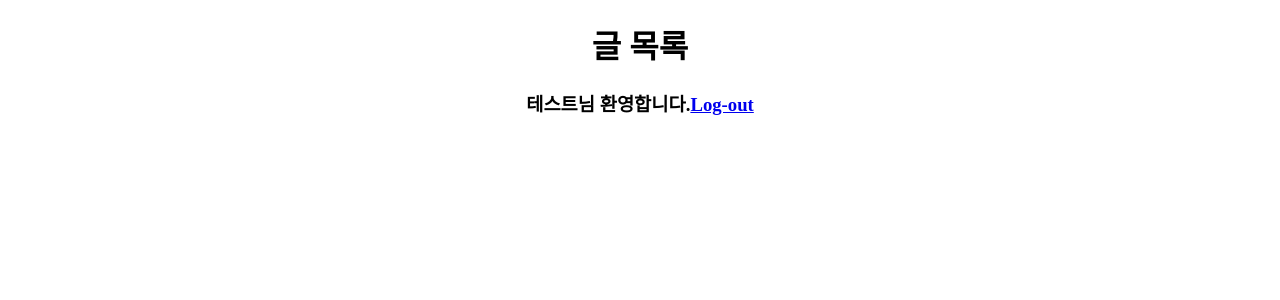
Repository: helena0207/SpringPro
Page: http://localhost/BoardWeb/geBoardList.jsp
The author's editor kept a copy of each file at every save. The page is drawn from the files as they stood at one save, then again after the next save.
The browser window is 1280 px wide. The pictures show the whole page.
The page is served by Tomcat 9. Other server files are loaded and not shown. Queries for data that is not in the repository find no rows.

Above is the page before, as saved 2020-12-02 02:08:19.

### BoardWeb/src/main/webapp/geBoardList.jsp
<%@ page import="java.util.List" %>
<%@ page import="com.springbook.biz.board.impl.BoardDAO" %>
<%@ page import="com.springbook.biz.board.BoardVO" %>
<%@ page language="java" contentType="text/html; charset=EUC-KR"
    pageEncoding="EUC-KR"%>

<%
	//1. 사용자 입력 정보 추출(검색 기능은 나중에 구현)
	//2. DB연동 처리
	BoardVO vo=new BoardVO();
	BoardDAO boardDAO=new BoardDAO();
	List<BoardVO> boardList=boardDAO.getBoardList(vo);

	//3. 응답화면 구성
%>
<!DOCTYPE html>
<html>
<head>
<meta http-equiv="Content-Type" content="text/html; charset=EUC-KR">
<title>글 목록</title>
</head>
<body>
<center>
<h1>글 목록</h1>
<h3>테스트님 환영합니다.<a href="logout_proc.jsp">Log-out</a></h3>
</center>

</body>
</html>

### BoardWeb/src/main/java/com/springbook/biz/board/BoardVO.java
package com.springbook.biz.board;

import java.sql.Date;

public class BoardVO {
	private int seq;
	private String title;
	private String writer;
	private String content;
	private Date regDate;
	private int cnt;

	public int getSeq() {
		return seq;
	}
	public void setSeq(int seq) {
		this.seq = seq;
	}
	public String getTitle() {
		return title;
	}
	public void setTitle(String title) {
		this.title = title;
	}
	public String getWriter() {
		return writer;
	}
	public void setWriter(String writer) {
		this.writer = writer;
	}
	public String getContent() {
		return content;
	}
	public void setContent(String content) {
		this.content = content;
	}
	public Date getRegDate() {
		return regDate;
	}
	public void setRegDate(Date regDate) {
		this.regDate = regDate;
	}
	public int getCnt() {
		return cnt;
	}
	public void setCnt(int cnt) {
		this.cnt = cnt;
	}
	@Override
	public String toString() {
		return "BoardVO [seq=" + seq + ", title=" + title + ", writer=" + writer + ", content=" + content + ", regDate="
				+ regDate + ", cnt=" + cnt + "]";
	}
}

### BoardWeb/src/main/java/com/springbook/biz/board/impl/BoardDAO.java
package com.springbook.biz.board.impl;

import java.sql.Connection;
import java.sql.PreparedStatement;
import java.sql.ResultSet;
import java.util.ArrayList;
import java.util.List;

import org.springframework.stereotype.Repository;

import com.springbook.biz.board.BoardVO;
import com.springbook.biz.common.JDBCUtil;

//DAO(data access Object)
@Repository("boardDAO") //클래스 객체 이름 첫글자를 소문자로 변경한다. 기본 생성자가 있어야 한다.
public class BoardDAO {
	//JDBC 관련 변수
	private Connection conn=null;
	private PreparedStatement stmt=null;
	private ResultSet rs=null;

	//SQL 명령어들
	private final String BOARD_INSERT="insert into board(seq, title, writer,content) values((select nvl(max(seq),0)+1 from board),?,?,?)";
	private final String BOARD_UPDATE="update board set title=?, content=? where seq=?";
	private final String BOARD_DELETE="delete board where seq=?";
	private final String BOARD_GET="select * from board where seq=?";
	private final String BOARD_LIST="select * from board order by seq desc limit 5";

	//CRUD기능의 메소드 구현
	//글 등록
	public void insertBoard(BoardVO vo) {
		System.out.println("==>JDBC로 insertBoard() 기능 처리");
		try {
			conn=JDBCUtil.getConnection();
			stmt=conn.prepareStatement(BOARD_INSERT);
			stmt.setString(1,  vo.getTitle());
			stmt.setString(2, vo.getWriter());
			stmt.setString(3, vo.getContent());
			stmt.executeUpdate();

		}catch(Exception e){
			e.printStackTrace();
		}finally {
			JDBCUtil.close(stmt, conn);
		}
	}
	//글 수정
	public void updateBoard(BoardVO vo) {
		System.out.println("==>JDBC로 updateBoard()기능 처리");
		try {
			conn=JDBCUtil.getConnection();
			stmt=conn.prepareStatement(BOARD_UPDATE);
			stmt.setString(1, vo.getTitle());
			stmt.setString(2, vo.getWriter());
			stmt.setString(3, vo.getContent());
			stmt.executeUpdate();
		}catch (Exception e) {
			e.printStackTrace();
		}finally {
			JDBCUtil.close(stmt, conn);
		}
	}
	//글 삭제
	public void deleteBoard(BoardVO vo) {
		System.out.println("==>JDBC로 deleteBoard()기능 처리");
		try {
			conn=JDBCUtil.getConnection();
			stmt=conn.prepareStatement(BOARD_DELETE);
			stmt.setInt(1,vo.getSeq());
			stmt.executeUpdate();
		}catch (Exception e) {
			e.printStackTrace();
		}finally {
			JDBCUtil.close(stmt, conn);
		}
	}
	//글 상세 조회
	public BoardVO getBoard(BoardVO vo) {
		System.out.println("==> JDBC로 getBoard()기능 처리");
		BoardVO board=null;
		try {
			conn=JDBCUtil.getConnection();
			stmt=conn.prepareStatement(BOARD_GET);
			stmt.setInt(1, vo.getSeq());
			rs=stmt.executeQuery();
			if(rs.next()) {
				board=new BoardVO();
				board.setSeq(rs.getInt("SEQ"));
				board.setTitle(rs.getString("TITLE"));
				board.setWriter(rs.getString("WRITER"));
				board.setContent(rs.getString("CONTENT"));
				board.setRegDate(rs.getDate("REGDATE"));
				board.setCnt(rs.getInt("CNT"));
			}
		}catch(Exception e) {
			e.printStackTrace();
		}finally {
			JDBCUtil.close(rs, stmt, conn);
		}
		return board;
	}
	//글 목록 조회
	public List<BoardVO> getBoardList(BoardVO vo){
		System.out.println("==>JDBC로 getBoardList() 기능 처리");
		List<BoardVO> boardList=new ArrayList<BoardVO>();
		try {
			conn=JDBCUtil.getConnection();
			stmt=conn.prepareStatement(BOARD_LIST);
			rs=stmt.executeQuery();
			while(rs.next()) {
				BoardVO board=new BoardVO();
				board.setSeq(rs.getInt("SEQ"));
				board.setTitle(rs.getString("TITLE"));
				board.setWriter(rs.getString("WRITER"));
				board.setContent(rs.getString("CONTENT"));
				board.setRegDate(rs.getDate("REGDATE"));
				board.setCnt(rs.getInt("CNT"));
				boardList.add(board);
			}
		}catch(Exception e) {
			e.printStackTrace();
		}finally {
			JDBCUtil.close(rs, stmt, conn);
		}
		return boardList;
	}
}

### BoardWeb/src/main/java/com/springbook/biz/common/JDBCUtil.java
package com.springbook.biz.common;

import java.sql.Connection;
import java.sql.DriverManager;
import java.sql.PreparedStatement;
import java.sql.ResultSet;


public class JDBCUtil {
	public static Connection getConnection() {
		try {
			Class.forName("org.h2.Driver");
			return DriverManager.getConnection("jdbc:h2:tcp://localhost/~/test", "sa","");
		}catch(Exception e) {
			e.printStackTrace();
		}
		return null;
	}
	public static void close(PreparedStatement stmt, Connection conn) {
		if(stmt !=null) {
			try {
				if(!stmt.isClosed()) stmt.close();
			}catch (Exception e) {
				e.printStackTrace();
			}finally {
				stmt=null;
			}
		}

		if(conn !=null) {
			try {
				if(!conn.isClosed()) conn.close();
			}catch (Exception e) {
				e.printStackTrace();
			}finally {
				conn=null;
			}
		}
	}
	public static void close(ResultSet rs, PreparedStatement stmt, Connection conn) {
		if(rs !=null) {
			try {
				if(!rs.isClosed()) rs.close();
			}catch(Exception e) {
				e.printStackTrace();
			}finally {
				rs=null;
			}
		}
		if(stmt !=null) {
			try {
				if(!stmt.isClosed()) stmt.close();
			}catch(Exception e) {
				e.printStackTrace();
			}finally {
				stmt=null;
			}
		}
		if(conn !=null) {
			try {
				if(!conn.isClosed()) conn.close();
			}catch(Exception e) {
				e.printStackTrace();
			}finally {
				conn=null;
			}
		}
	}
}

After the next save:
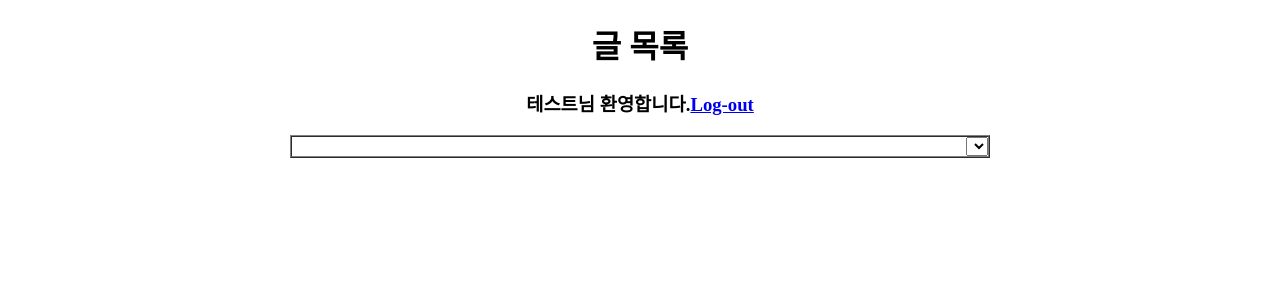
Saved 2 min 33 s later.
--- a/BoardWeb/src/main/webapp/geBoardList.jsp
+++ b/BoardWeb/src/main/webapp/geBoardList.jsp
@@ -23,6 +23,18 @@
 <center>
 <h1>글 목록</h1>
 <h3>테스트님 환영합니다.<a href="logout_proc.jsp">Log-out</a></h3>
+
+<!-- 검색시작 -->
+<form action="getBoardList.jsp" method="post">
+<table border="1" cellpadding="0" cellspacing="0" width="700">
+<tr>
+	<td align="right">
+	<select name="searchCondition">
+
+	</select>
+</tr>
+</table>
+</form>
 </center>
 
 </body>
